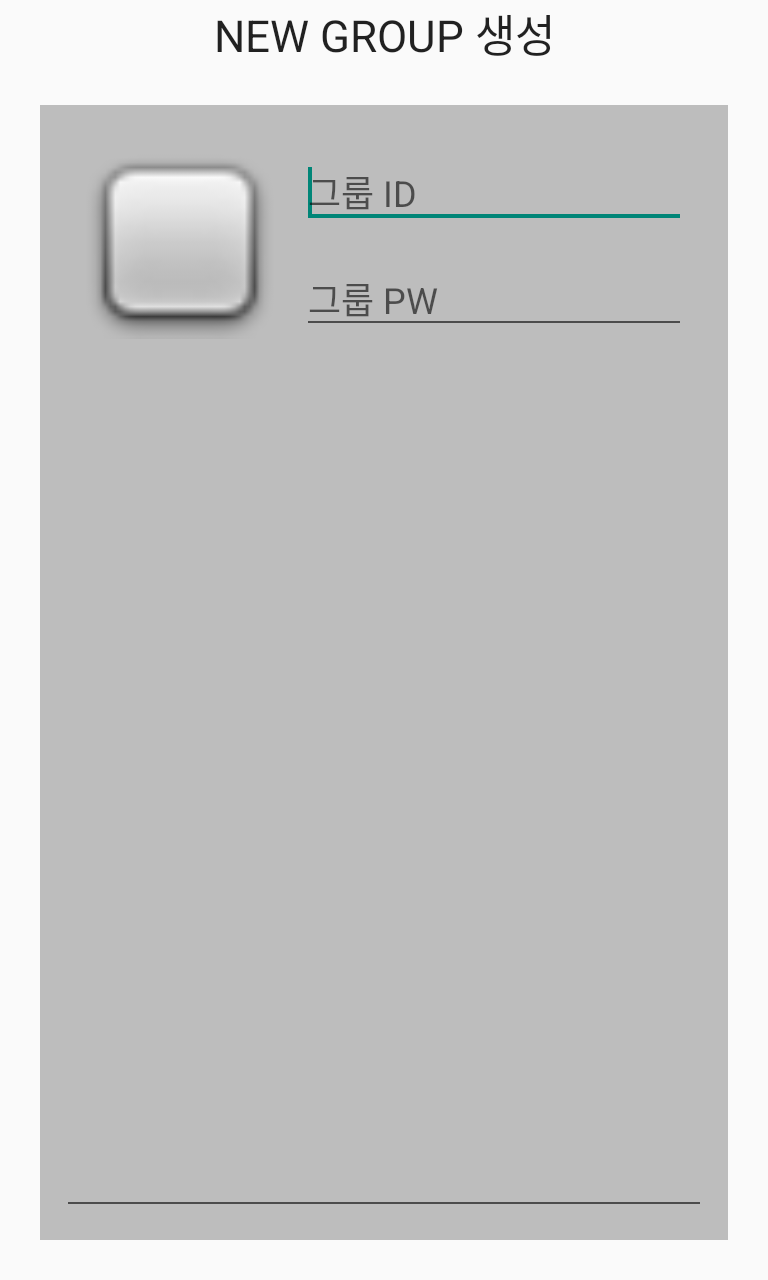
Repository: Hohohohoho/Electree
Layout: Copy of Electree/res/layout/activity_make_group.xml
An editor plug-in stored every save of this project. The layout is shown before and after the next save, followed by the edit.
It is drawn on a 768 x 1280 px phone screen (xhdpi) without system bars, with theme AppTheme; the app's code is not run.

Above is the layout before, as saved 2014-11-30 10:07:52.

After the next save:
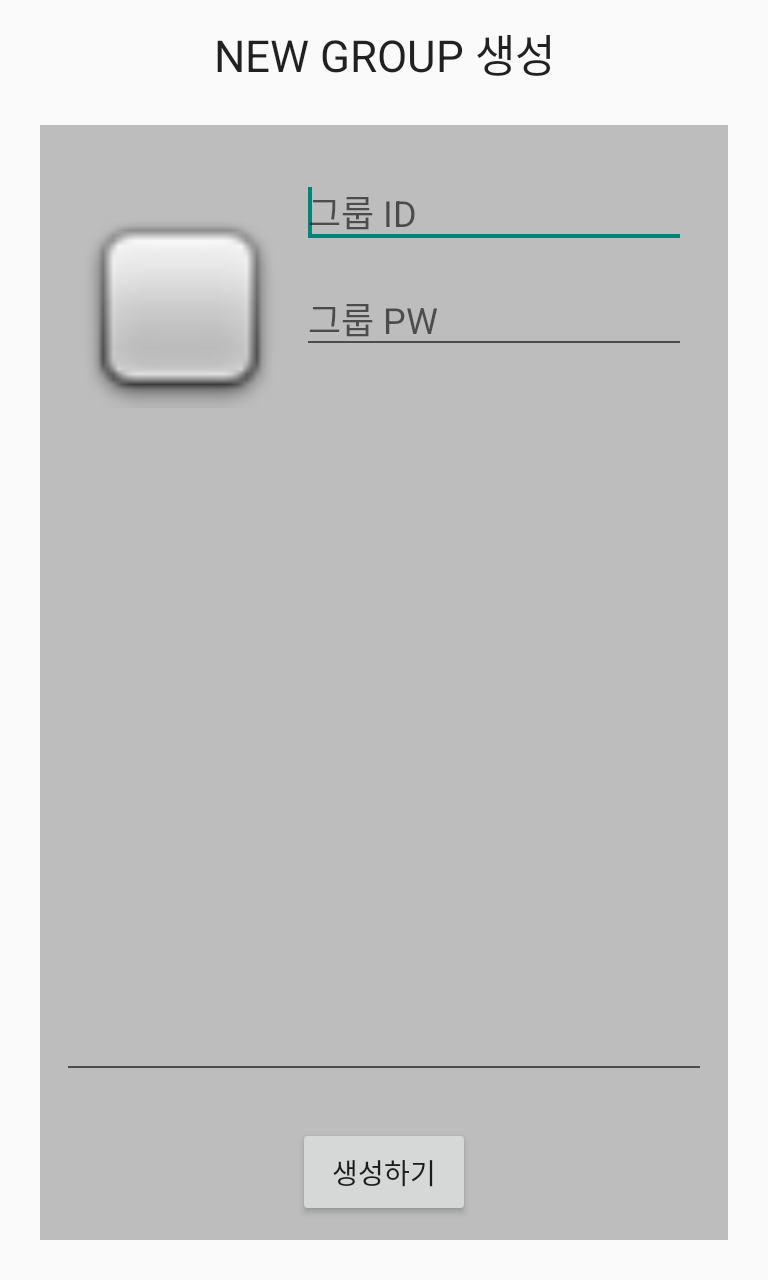
Saved 5 min 28 s later.
--- a/Copy of Electree/res/layout/activity_make_group.xml
+++ b/Copy of Electree/res/layout/activity_make_group.xml
@@ -13,6 +13,7 @@
             android:id="@+id/makeGroupBtn"
             android:layout_width="fill_parent"
             android:layout_height="wrap_content"
+            android:layout_marginTop="10dp"
             android:gravity="center_horizontal"
             android:text="NEW GROUP 생성"
             android:textAppearance="?android:attr/textAppearanceLarge" />
@@ -28,8 +29,9 @@
 
             <LinearLayout
                 android:layout_width="match_parent"
-                android:layout_height="wrap_content"
-                android:layout_margin="20dp" >
+                android:layout_height="fill_parent"
+                android:layout_margin="20dp"
+                android:layout_weight="1.5" >
 
                 <ImageView
                     android:id="@+id/newGroupIcon"
@@ -48,8 +50,9 @@
                     <EditText
                         android:id="@+id/newGroupID"
                         android:layout_width="match_parent"
-                        android:layout_height="wrap_content"
+                        android:layout_height="fill_parent"
                         android:layout_marginBottom="10dp"
+                        android:layout_weight="1"
                         android:hint="그룹 ID" >
 
                         <requestFocus />
@@ -58,8 +61,10 @@
                     <EditText
                         android:id="@+id/newGroupPW"
                         android:layout_width="match_parent"
-                        android:layout_height="wrap_content"
+                        android:layout_height="fill_parent"
+                        android:layout_weight="1"
                         android:hint="그룹 PW" />
+
                 </LinearLayout>
             </LinearLayout>
 
@@ -68,6 +73,7 @@
                 android:layout_width="match_parent"
                 android:layout_height="fill_parent"
                 android:layout_margin="10dp"
+                android:layout_weight="1"
                 android:ems="10"
                 android:inputType="textMultiLine" />
 
@@ -75,9 +81,9 @@
                 android:id="@id/makeGroupBtn"
                 android:layout_width="wrap_content"
                 android:layout_height="wrap_content"
-                android:layout_weight="1"
-                android:text="생성하기"
-                android:textSize="생성하기" />
+                android:layout_marginBottom="10dp"
+                android:layout_marginTop="10dp"
+                android:text="생성하기" />
 
         </LinearLayout>
 
